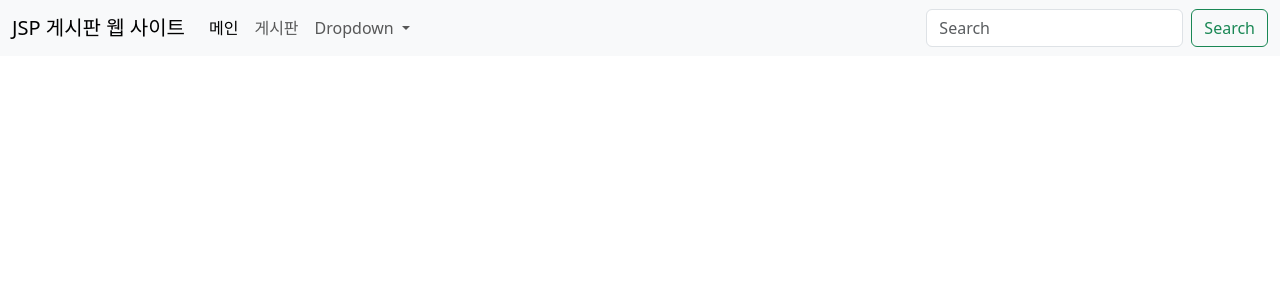
Repository: jeongjimin0/Jeongjimin
Page: http://localhost/WebTest/login.jsp
An editor plug-in stored every save of this project. The page is shown before and after the next save, followed by the edit.
The browser window is 1280 px wide. The pictures show the whole page.
The page is served by Tomcat 9. Other server files are loaded and not shown.

Above is the page before, as saved 2023-02-27 14:05:32.

### projects/WebTest/src/main/webapp/login.jsp
<%@ page language="java" contentType="text/html; charset=UTF-8"
    pageEncoding="UTF-8"%>
<!DOCTYPE html>
<html>
<head>
<meta charset="UTF-8">
<meta name="viewport" content="width=device-width", initial-scale="1">
<link rel="stylesheet" href="css/bootstrap.css">
<title>JSP 게시판 웹 사이트</title>
</head>
<body>
<nav class="navbar navbar-expand-lg bg-body-tertiary">
  <div class="container-fluid">
    <a class="navbar-brand">JSP 게시판 웹 사이트</a>
    <div class="collapse navbar-collapse" id="navbarSupportedContent">
      <ul class="navbar-nav me-auto mb-2 mb-lg-0">
        <li class="nav-item">
          <a class="nav-link active" aria-current="page" href="#">메인</a>
        </li>
        <li class="nav-item">
          <a class="nav-link" href="#">게시판</a>
        </li>
        <li class="nav-item dropdown">
          <a class="nav-link dropdown-toggle" href="#" role="button" data-bs-toggle="dropdown" aria-expanded="false">
            Dropdown
          </a>
          <ul class="dropdown-menu">
            <li><a class="dropdown-item" href="#">Action</a></li>
            <li><a class="dropdown-item" href="#">Another action</a></li>
            <li><hr class="dropdown-divider"></li>
            <li><a class="dropdown-item" href="#">Something else here</a></li>
          </ul>
        </li>
      </ul>
      <form class="d-flex" role="search">
        <input class="form-control me-2" type="search" placeholder="Search" aria-label="Search">
        <button class="btn btn-outline-success" type="submit">Search</button>
      </form>
    </div>
  </div>
</nav>

<script src="https://cdn.jsdelivr.net/npm/bootstrap@5.3.0-alpha1/dist/js/bootstrap.bundle.min.js" integrity="sha384-w76AqPfDkMBDXo30jS1Sgez6pr3x5MlQ1ZAGC+nuZB+EYdgRZgiwxhTBTkF7CXvN" crossorigin="anonymous"></script>
</body>
</html>

Loaded but not shown: projects/WebTest/src/main/webapp/css/bootstrap.css (library)

After the next save:
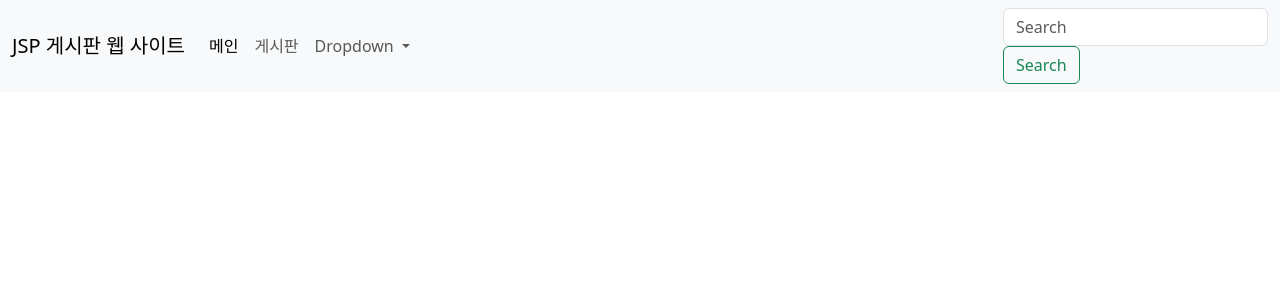
Saved 40 s later.
--- a/projects/WebTest/src/main/webapp/login.jsp
+++ b/projects/WebTest/src/main/webapp/login.jsp
@@ -20,6 +20,7 @@
         <li class="nav-item">
           <a class="nav-link" href="#">게시판</a>
         </li>
+
         <li class="nav-item dropdown">
           <a class="nav-link dropdown-toggle" href="#" role="button" data-bs-toggle="dropdown" aria-expanded="false">
             Dropdown
@@ -32,7 +33,9 @@
           </ul>
         </li>
       </ul>
-      <form class="d-flex" role="search">
+
+
+      <form  role="search">
         <input class="form-control me-2" type="search" placeholder="Search" aria-label="Search">
         <button class="btn btn-outline-success" type="submit">Search</button>
       </form>
